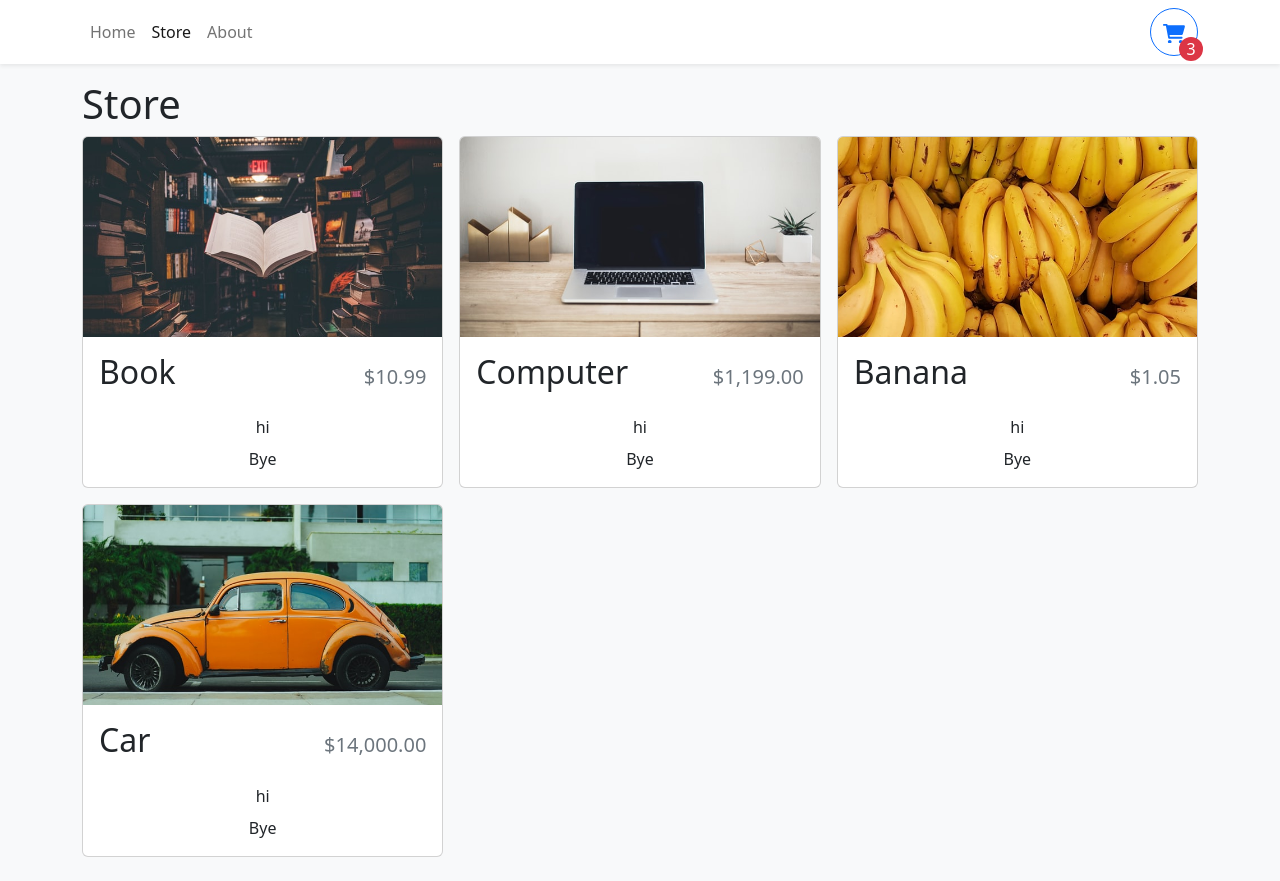
Repository: MoNasr2022/shopping-cart
Page: /store
These files come from the project's save history. The page is drawn as it stood at one moment and after a run of saves; the edit follows.
The browser window is 1280 px wide. The pictures show the whole page.
The project was rebuilt for these pictures with package versions that can differ from the ones it lists, and the page was loaded fresh each time. Also part of the build but not shown: vite.config.ts, src/pages/Home.tsx, src/pages/About.tsx.

Above is the page before, as saved 2023-04-17 22:56:41.

### index.html
<!DOCTYPE html>
<html lang="en">
  <head>
    <meta charset="UTF-8" />
    <link rel="icon" type="image/svg+xml" href="/vite.svg" />
    <meta name="viewport" content="width=device-width, initial-scale=1.0" />
    <title>Nasr Shopping Cart</title>
  </head>
  <body class="bg-light">
    <div id="root"></div>
    <script type="module" src="/src/main.tsx"></script>
  </body>
</html>

### src/App.tsx
import { Routes, Route } from "react-router-dom";
import { Container } from "react-bootstrap";
import Home from "./pages/Home";
import Store from "./pages/Store";
import About from "./pages/About";
import Navbar from "./components/Navbar";

function App() {
  return (
    <>
      <Navbar />
      <Container className="mb-4">
        <Routes>
          <Route path="/" element={<Home />} />
          <Route path="/store" element={<Store />} />
          <Route path="/about" element={<About />} />
        </Routes>
      </Container>
    </>
  );
}

export default App;

### src/pages/Store.tsx
import StoreItems from "../components/StoreItems";
import storeItems from "../data/items.json";
import { Row, Col } from "react-bootstrap";

export default function Store() {
  return (
    <>
      <h1>Store</h1>
      <Row md={2} xs={1} lg={3} className="g-3">
        {storeItems.map((item) => (
          <Col key={item.id}>
            <StoreItems {...item} />
          </Col>
        ))}
      </Row>
    </>
  );
}

### src/components/Navbar.tsx
import { Navbar as NavbarB } from "react-bootstrap";
import { Container, Nav, Button } from "react-bootstrap";
import { NavLink } from "react-router-dom";

export default function Navbar() {
  return (
    <NavbarB className="bg-white shadow-sm mb-3 " sticky="top">
      <Container>
        <Nav className="me-auto">
          <Nav.Link as={NavLink} to="/">
            Home
          </Nav.Link>
          <Nav.Link as={NavLink} to="/store">
            Store
          </Nav.Link>
          <Nav.Link as={NavLink} to="/about">
            About
          </Nav.Link>
        </Nav>
        <Button
          className=" rounded-circle"
          variant="outline-primary"
          style={{ position: "relative", width: "3rem", height: "3rem" }}
        >
          <svg

            xmlns="http://www.w3.org/2000/svg"
            viewBox="0 0 576 512"
            fill="currentColor"
          >
            <path d="M96 0C107.5 0 117.4 8.19 119.6 19.51L121.1 32H541.8C562.1 32 578.3 52.25 572.6 72.66L518.6 264.7C514.7 278.5 502.1 288 487.8 288H170.7L179.9 336H488C501.3 336 512 346.7 512 360C512 373.3 501.3 384 488 384H159.1C148.5 384 138.6 375.8 136.4 364.5L76.14 48H24C10.75 48 0 37.25 0 24C0 10.75 10.75 0 24 0H96zM128 464C128 437.5 149.5 416 176 416C202.5 416 224 437.5 224 464C224 490.5 202.5 512 176 512C149.5 512 128 490.5 128 464zM512 464C512 490.5 490.5 512 464 512C437.5 512 416 490.5 416 464C416 437.5 437.5 416 464 416C490.5 416 512 437.5 512 464z" />
          </svg>

          <span
            className="position-absolute  bg-danger rounded-circle"
            style={{
              color: "white",
              bottom: 0,
              right: 0,
              transform: "translate(25%, 25%)",
              width: "1.5rem",
              height: "1.5rem",

              display: "flex",
              justifyContent: "center",
              alignItems: "center",
            }}
          >
            3
          </span>
        </Button>
      </Container>
    </NavbarB>
  );
}

### src/components/StoreItems.tsx
import { Button, Card } from "react-bootstrap";
import { formatCurrency } from "../utilities/formatCurrency";

type StoreItemsProps = {
  id: number;
  name: string;
  price: number;
  imgUrl: string;
};

function StoreItems({ id, name, price, imgUrl }: StoreItemsProps) {
  const quantity = 1;
  return (
    <Card className="h-100">
      <Card.Img
        variant="top"
        src={imgUrl}
        height="200px"
        style={{ objectFit: "cover" }}
      />
      <Card.Body className="d-flex flex-column">
        <Card.Title className="d-flex justify-content-between align-items-baseline mb-4 ">
          <span className="fs-2">{name}</span>
          <span className="ms-2 text-muted">{formatCurrency(price)}</span>
        </Card.Title>
        <div className="mt-auto">
          {quantity === 0 ? (
            <Button className="btn btn-primary w-100">+ Add to Cart</Button>
          ) : (
            <div
              className="d-flex flex-column align-items-center"
              style={{ gap: ".5rem" }}
              >
                hi
              <div
                className="d-flex justify-content-center align-items-center"
                style={{ gap: ".5rem" }}
                >
                  Bye
              </div>
            </div>
          )}
        </div>
      </Card.Body>
    </Card>
  );
}

export default StoreItems;

### src/utilities/formatCurrency.ts
const CURRENCY_FORMATTER = new Intl.NumberFormat(undefined, {
    style: 'currency',
    currency: 'USD',
})

export function formatCurrency (number: number){
  return  CURRENCY_FORMATTER.format(number)
};

Loaded but not shown: src/main.tsx (common file); src/data/items.json (common file)

After the next 4 saves:
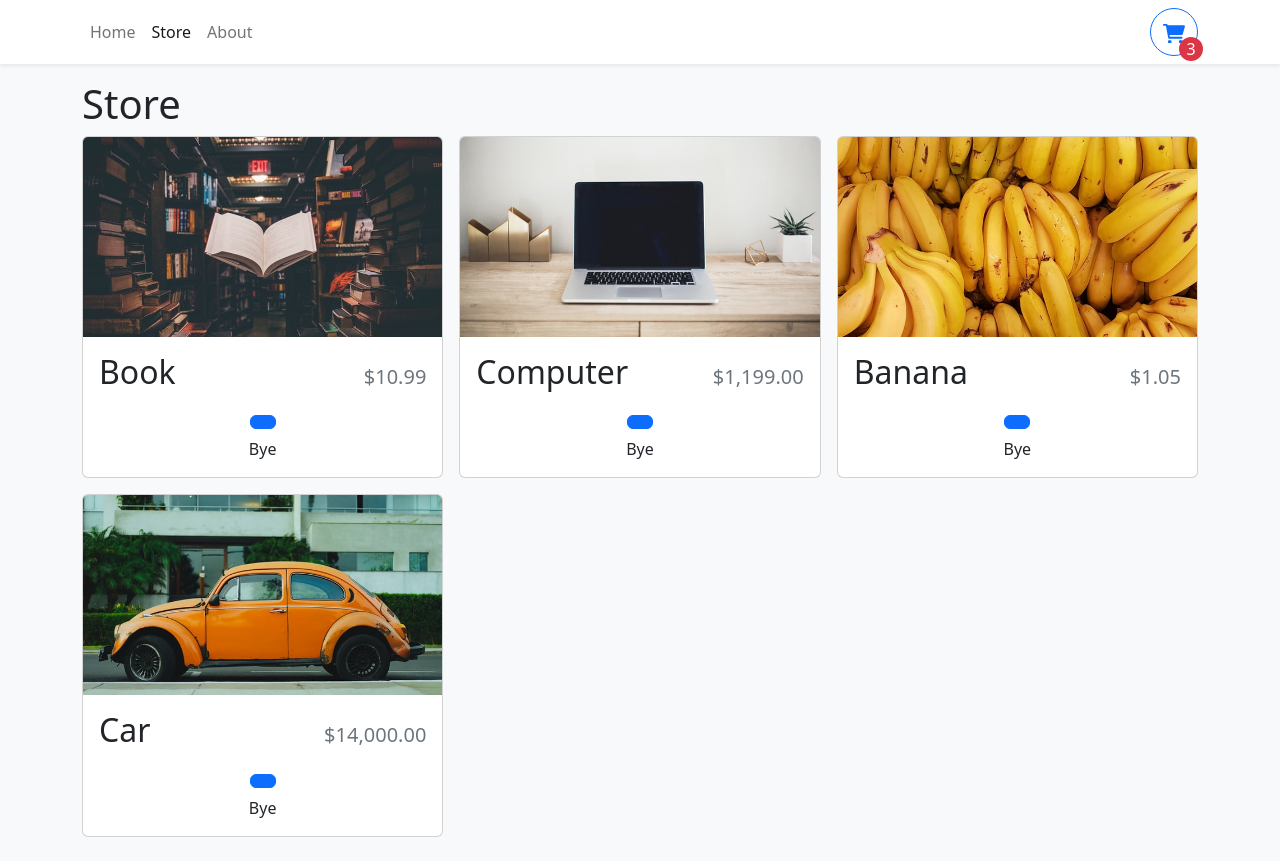
The 4 saves are shown as one change because 1 did not build or start and some came seconds apart.
The last was saved 72 s later.
--- a/src/components/StoreItems.tsx
+++ b/src/components/StoreItems.tsx
@@ -31,7 +31,7 @@ function StoreItems({ id, name, price, imgUrl }: StoreItemsProps) {
               className="d-flex flex-column align-items-center"
               style={{ gap: ".5rem" }}
               >
-                hi
+                <Button></Button>
               <div
                 className="d-flex justify-content-center align-items-center"
                 style={{ gap: ".5rem" }}
